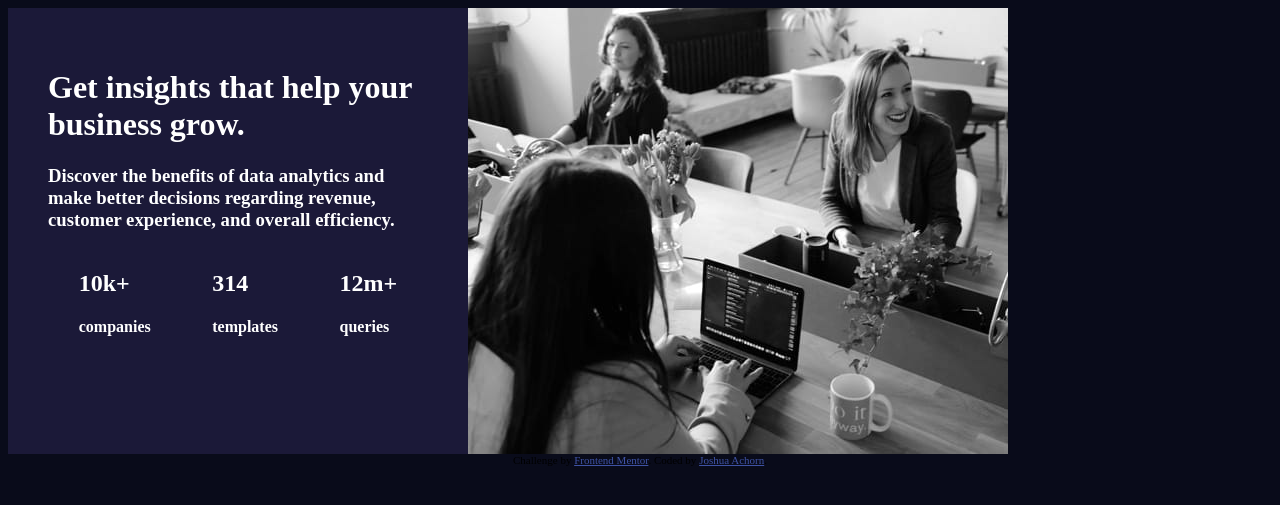
Repository: Achorn/stats-preview-card
Page: index.html
The author's editor kept a copy of each file at every save. The page is drawn from the files as they stood at one save, then again after the next save.
The browser window is 1280 px wide. The pictures show the whole page.

Above is the page before, as saved 2021-06-16 16:13:54.

After the next save:
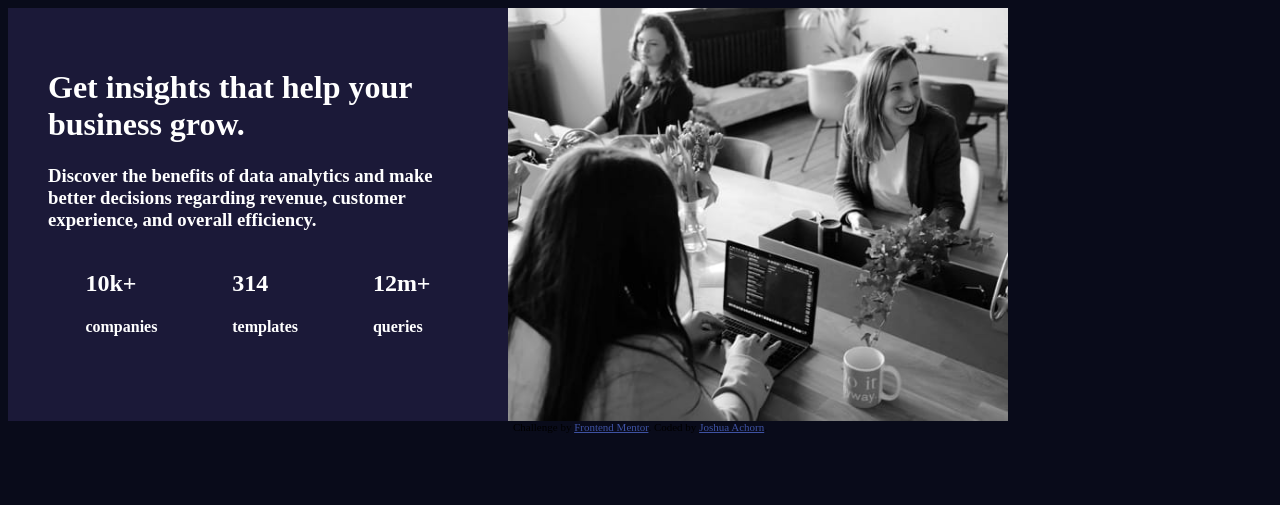
Saved 23 s later.
--- a/styles.css
+++ b/styles.css
@@ -11,17 +11,12 @@ body {
 
 #text-container {
   height: auto;
-  flex-grow: 1;
-  flex-basis: 0;
+  width: 50%;
   padding: 40px;
+}
+
+#stat-image {
   width: 50%;
-}
-#img-container {
-  flex-grow: 1;
-  flex-basis: 0;
-}
-#stat-image {
-  max-width: 100%;
   height: auto;
 }
 
